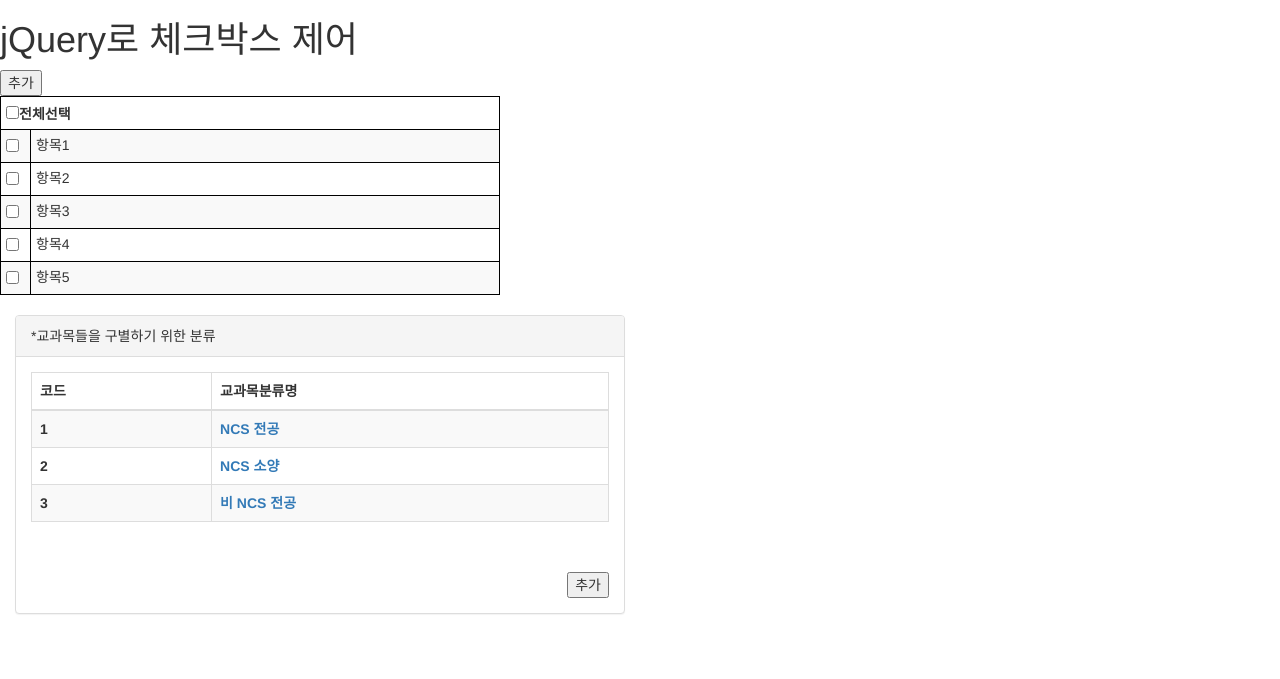
Repository: CHOKIHO/html
Page: work/0112_bootstrap/WebContent/ex1.html
These files come from the project's save history. The page is drawn as it stood at one moment and after the next save; the edit follows.
The browser window is 1280 px wide. The pictures show the whole page.
Some web libraries are served in a nearby version.

Above is the page before, as saved 2017-01-12 02:02:42.

### work/0112_bootstrap/WebContent/ex1.html
<!DOCTYPE html>
<html>
<head>
<meta charset="UTF-8">
<title>Insert title here</title>
    <!-- Bootstrap Core CSS -->
    <link href="./css/bootstrap.css" rel="stylesheet">
    <!-- DataTables CSS -->
    <link href="./css/dataTables.bootstrap.css" rel="stylesheet">


<script src="https://code.jquery.com/jquery-3.1.1.js"></script>


<style type="text/css">
	#table {
		width: 500px;
/* 		border: 1px solid black;
		border-collapse: collapse;
 */	}

	#table th, #table td {
		border: 1px solid black;
		padding: 5px;
	}

	#table th {
		text-align: left;
	}

	.ch {
		width: 30px;
	}

	.alignRight {
		text-align: right;
	}
</style>

<script type="text/javascript">

	$(function() {

		$("#all").bind("click", function() {

			//var ar = $("tbody input[type=checkbox]");
			//var ar = $("tbody").find("input[type=checkbox]");

			var ar = $("tbody").find(":checkbox");   //속성값으로 find

			//this(#all)의 checked상태에 따라 ar의 prop(속성)을 checked로
			ar.prop("checked", this.checked);

			if (this.checked) {
				$(this.next().text("선택해제"));
			} else {
				$(this.next().text("전체선택"));
			}

		});
	});

</script>

</head>
<body>
	<h1>jQuery로 체크박스 제어</h1>
	<input type="button" value="추가" id="btn"/>

	<table id="table" class="table table-striped table-bordered table-hover">
		<thead>
			<tr>
				<th colspan="2">
					<input type="checkbox" id="all"/><span>전체선택</span>
				</th>
			</tr>
		</thead>
		<tbody>
			<tr>
				<td class="ch"><input type="checkbox" id="ch1"/></td>
				<td>항목1</td>
			</tr>
			<tr>
				<td class="ch"><input type="checkbox" id="ch2"/></td>
				<td>항목2</td>
			</tr>
			<tr>
				<td class="ch"><input type="checkbox" id="ch3"/></td>
				<td>항목3</td>
			</tr>
			<tr>
				<td class="ch"><input type="checkbox" id="ch4"/></td>
				<td>항목4</td>
			</tr>
			<tr>
				<td class="ch"><input type="checkbox" id="ch5"/></td>
				<td>항목5</td>
			</tr>
		</tbody>
	</table>

	<div class="col-lg-6">
		<div class="panel panel-default">
			<div class="panel-heading">
			    *교과목들을 구별하기 위한 분류
			</div>
			<div class="panel-body">

				<table id="table2" class="table table-striped table-bordered table-hover">
					<thead>
						<tr>
							<th>코드</th>
							<th>교과목분류명</th>
						</tr>
					</thead>
					<tbody>
						<tr>
							<th>1</th>
							<th><a href="#">NCS 전공</a></th>
						</tr>
						<tr>
							<th>2</th>
							<th><a href="#">NCS 소양</a></th>
						</tr>
						<tr>
							<th>3</th>
							<th><a href="#">비 NCS 전공</a></th>
						</tr>
					</tbody>
				</table>

			</div>
			<div class="panel-body">
				<div class="alignRight">
					<input type="button" id="btn1" name="btn1" value="추가" />
				</div>
			</div>

		</div>
	</div>


</body>
</html>

Loaded but not shown: work/0112_bootstrap/WebContent/css/bootstrap.css (library); work/0112_bootstrap/WebContent/css/dataTables.bootstrap.css (common file)

After the next save:
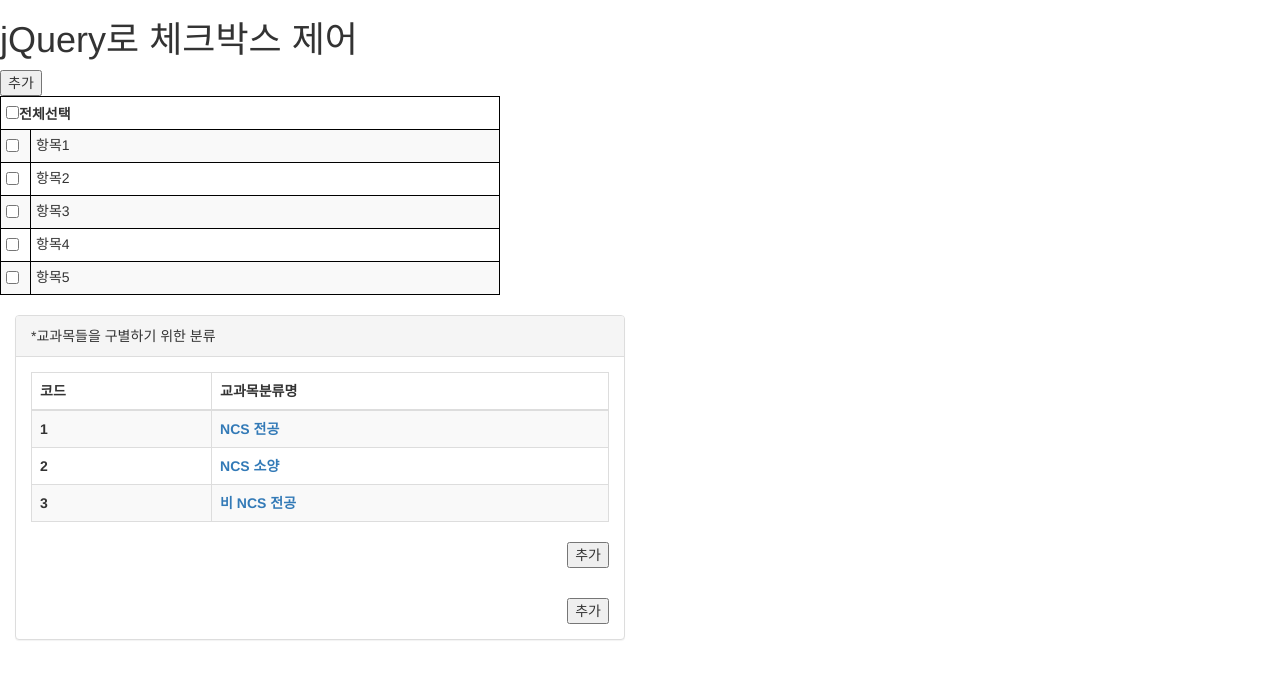
Saved 19 s later.
--- a/work/0112_bootstrap/WebContent/ex1.html
+++ b/work/0112_bootstrap/WebContent/ex1.html
@@ -129,6 +129,10 @@
 					</tbody>
 				</table>
 
+				<div class="alignRight">
+					<input type="button" id="btn1" name="btn1" value="추가" />
+				</div>
+
 			</div>
 			<div class="panel-body">
 				<div class="alignRight">
